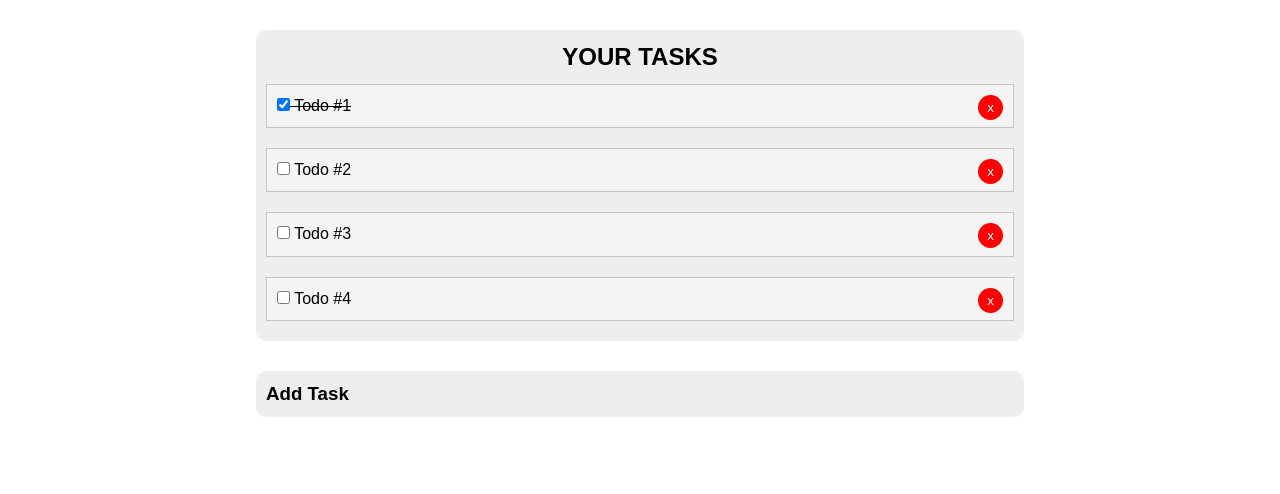
Repository: n0rthern-light/vuejs-taskmanager
Page: /
These files come from the project's save history. The page is drawn as it stood at one moment and after the next save; the edit follows.
The browser window is 1280 px wide. The pictures show the whole page.
The project was rebuilt for these pictures with package versions that can differ from the ones it lists, and the page was loaded fresh each time.

Above is the page before, as saved 2019-02-18 16:13:47.

After the next save:
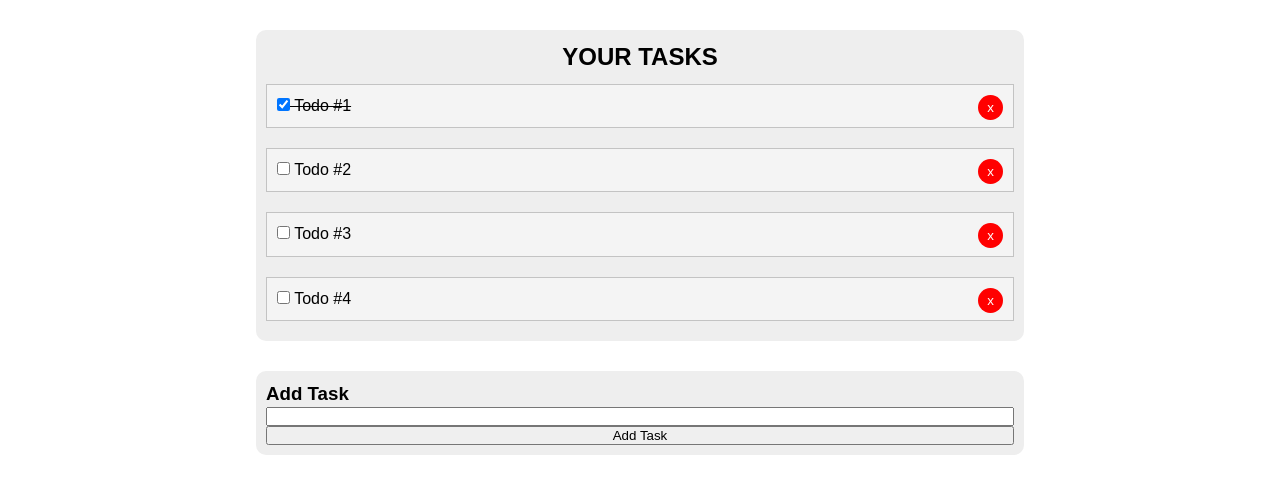
Saved 54 s later.
--- a/src/components/TodoAdd.vue
+++ b/src/components/TodoAdd.vue
@@ -1,6 +1,8 @@
 <template>
   <div class="container">
     <h3>Add Task</h3>
+    <input type="text"/>
+    <button class="btn" @click="$emit('add-todo', title)">Add Task</button>
   </div>
 </template>
 
